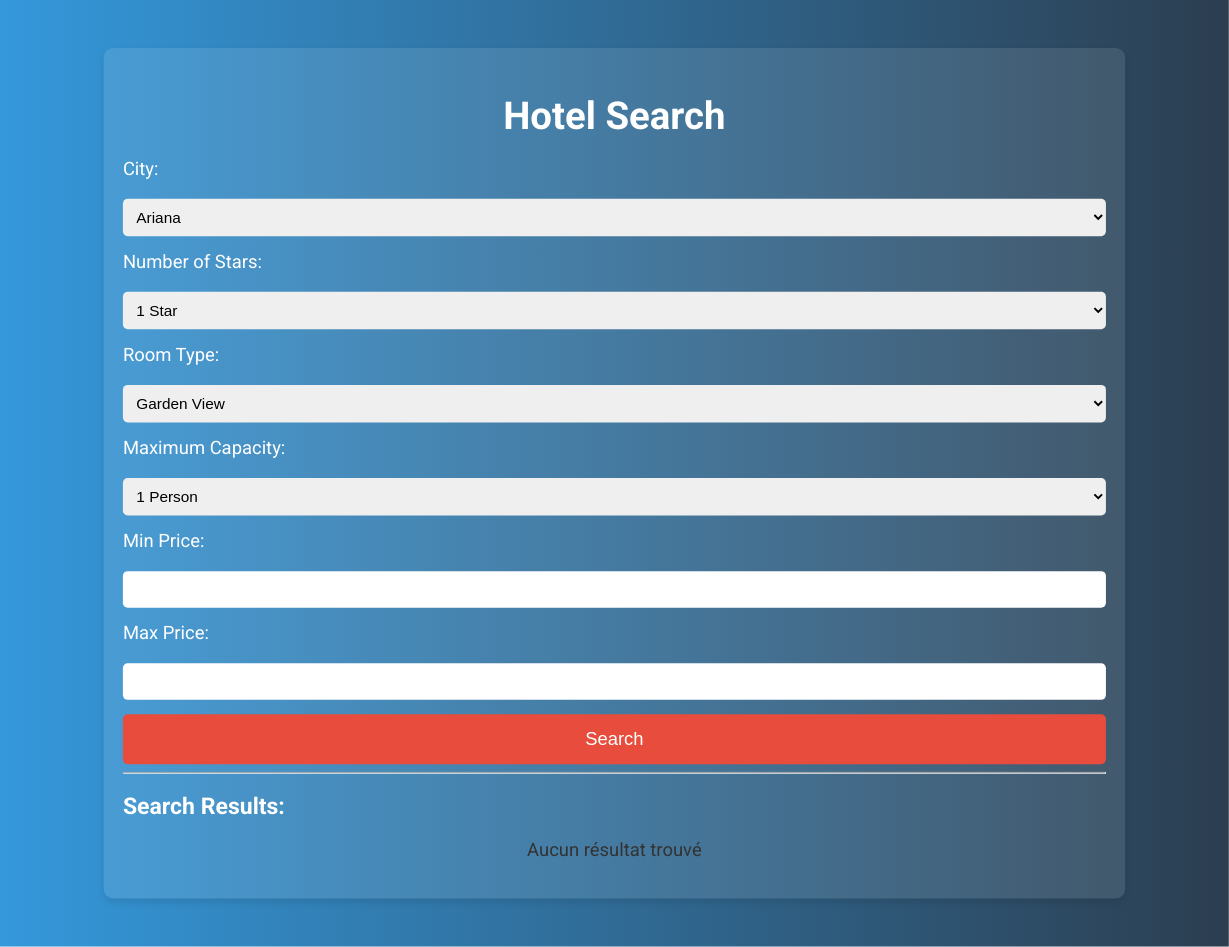
Repository: ToumiFourat/HotelManagementt
Page: http://localhost/Hotell/views/index.jsp
These files come from the project's save history. The page is drawn as it stood at one moment and after the next save; the edit follows.
The browser window is 1280 px wide. The pictures show the whole page, at 96% of full size.
The page is served by Tomcat 10. Other server files are loaded and not shown.

Above is the page before, as saved 2024-12-13 15:20:53.

### Hotell/src/main/webapp/views/index.jsp
<%@ page contentType="text/html;charset=UTF-8" language="java" %>
	<%@ page import="java.util.List" %>
<%@ page import="model.HotelRoom" %>
<!DOCTYPE html>
<html>
<head>
    <meta charset="UTF-8">
    <title>Hotel Search</title>
    <style>
        @import url('https://fonts.googleapis.com/css2?family=Roboto:wght@400;700&display=swap');

        body {
            font-family: 'Roboto', sans-serif;
            margin: 0;
            padding: 0;
            background: linear-gradient(to right, #3498db, #2c3e50);
            color: #fff;
        }

        .container {
            width: 80%;
            margin: 50px auto;
            padding: 20px;
            background: rgba(255, 255, 255, 0.1);
            border-radius: 10px;
            box-shadow: 0 4px 8px rgba(0, 0, 0, 0.1);
            animation: fadeIn 1s ease-in-out;
        }

        h1 {
            text-align: center;
            font-size: 2.5em;
            margin-bottom: 20px;
            color: #fff;
        }

        form {
            display: flex;
            flex-direction: column;
            gap: 15px;
            animation: slideIn 1s ease-in-out;
        }

        label {
            font-size: 1.2em;
            margin-bottom: 5px;
        }

        input[type="text"], input[type="number"], select {
            padding: 10px;
            font-size: 1em;
            border: none;
            border-radius: 5px;
            width: 100%;
            box-sizing: border-box;
        }

        button {
            padding: 15px;
            font-size: 1.2em;
            color: #fff;
            background-color: #e74c3c;
            border: none;
            border-radius: 5px;
            cursor: pointer;
            transition: background-color 0.3s ease;
        }

        button:hover {
            background-color: #c0392b;
        }

        .results {
            margin-top: 20px;
            animation: fadeIn 2s ease-in-out;
        }

        .result-item {
            background: rgba(255, 255, 255, 0.3);
            padding: 10px;
            border-radius: 5px;
            margin-bottom: 10px;
            transition: transform 0.3s ease;
            display: flex;
            align-items: center;
        }

        .result-item img {
            width: 150px;
            height: 100px;
            object-fit: cover;
            margin-right: 20px;
        }

        .result-item:hover {
            transform: scale(1.05);
        }

        .result-item h3 {
            margin: 0;
            color: #fff;
        }

        .result-item p {
            margin: 5px 0;
            color: #ddd;
        }

        @keyframes fadeIn {
            from {
                opacity: 0;
            }
            to {
                opacity: 1;
            }
        }

        @keyframes slideIn {
            from {
                transform: translateY(50px);
                opacity: 0;
            }
            to {
                transform: translateY(0);
                opacity: 1;
            }

        /* Résultats avec design avancé */
        .result-item {
            display: flex;
            align-items: flex-start;
            background: rgba(255, 255, 255, 0.85);
            color: #333;
            border-radius: 8px;
            padding: 10px;
            margin-bottom: 15px;
            box-shadow: 0 2px 5px rgba(0, 0, 0, 0.1);
            transition: box-shadow 0.3s ease, transform 0.2s ease;
        }

        .result-item:hover {
            transform: translateY(-5px);
            box-shadow: 0 4px 10px rgba(0, 0, 0, 0.2);
        }

        /* Conteneur pour l'image */

.result-item .image-container {
    width: 150px;
    height: 150px;
    border-radius: 8px;
    overflow: hidden;
    display: flex; /* Centrer l'image */
    align-items: center;
    justify-content: center;
    background-color: #f0f0f0; /* Couleur de fond pour les espaces vides */
}

/* Image à l'intérieur du conteneur */
.result-item img {
    width: 100%;
    height: 100%;
    object-fit: contain; /* Affiche l'image entière sans la couper */
}



        /* Détails alignés */
        .hotel-details {
            flex-grow: 1;
            line-height: 1.6;
        }

        .hotel-details h3 {
            margin: 0 0 10px;
            font-size: 1.6em;
            color: #555;
        }

        .hotel-details p {
            margin: 5px 0;
            color: #555;
        }
        }
    </style>
</head>
<body>
    <div class="container">
        <h1>Hotel Search</h1>
        <form action="${pageContext.request.contextPath}/SearchServlet"  method="post">
        <label>City:</label>
        <select name="city" required>
            <option value="Ariana">Ariana</option>
            <option value="Sousse">Sousse</option>
            <option value="Monastir">Monastir</option>
        </select>

        <label>Number of Stars:</label>
        <select name="stars" required>
            <option value="1">1 Star</option>
            <option value="2">2 Stars</option>
            <option value="3">3 Stars</option>
            <option value="4">4 Stars</option>
            <option value="5">5 Stars</option>
        </select>

        <label>Room Type:</label>
        <select name="roomType" required>
            <option value="gardenView">Garden View</option>
            <option value="seaView">Sea View</option>
            <option value="suite">Suite</option>
        </select>

        <label>Maximum Capacity:</label>
        <select name="capacity" required>
            <option value="1">1 Person</option>
            <option value="2">2 People</option>
            <option value="3">3 People</option>
            <option value="4">4 People</option>
        </select>

        <label>Min Price:</label>
        <input type="number" name="minPrice" min="0" required>

        <label>Max Price:</label>
        <input type="number" name="maxPrice" min="0" required>

        <button type="submit">Search</button>
    </form>

    <hr>

     <!-- Afficher les résultats si disponibles -->
        <h2>Search Results:</h2>
        <div>
            <%
            List<HotelRoom> hotelResults = (List<HotelRoom>) request.getAttribute("hotelResults");
            if (hotelResults != null && !hotelResults.isEmpty()) {
                for (HotelRoom hotel : hotelResults) {
            %>
                <div class="result-item">
  <div class="image-container">
    <img src="uploads/<%= hotel.getImageUrl() %>" alt="Hotel Image">
  </div>
  <div class="details">
    <h3><%= hotel.getHotelName() %></h3>
    <p>City: <%= hotel.getCity() %></p>
    <p>Stars: <%= hotel.getNumberOfStars() %></p>
    <p>Room Type: <%= hotel.getRoomType() %></p>
    <p>Price: <%= hotel.getPrice() %> TND</p>
    <p>Capacity: <%= hotel.getCapacity() %></p>
  </div>
</div>

            <%
                }
            } else {
            %>
                <p style="text-align: center; font-size: 1.2em; color: #333;">Aucun résultat trouvé</p>
            <%
            }
            %>
        </div>
    </div>
</body>
</html>

After the next save:
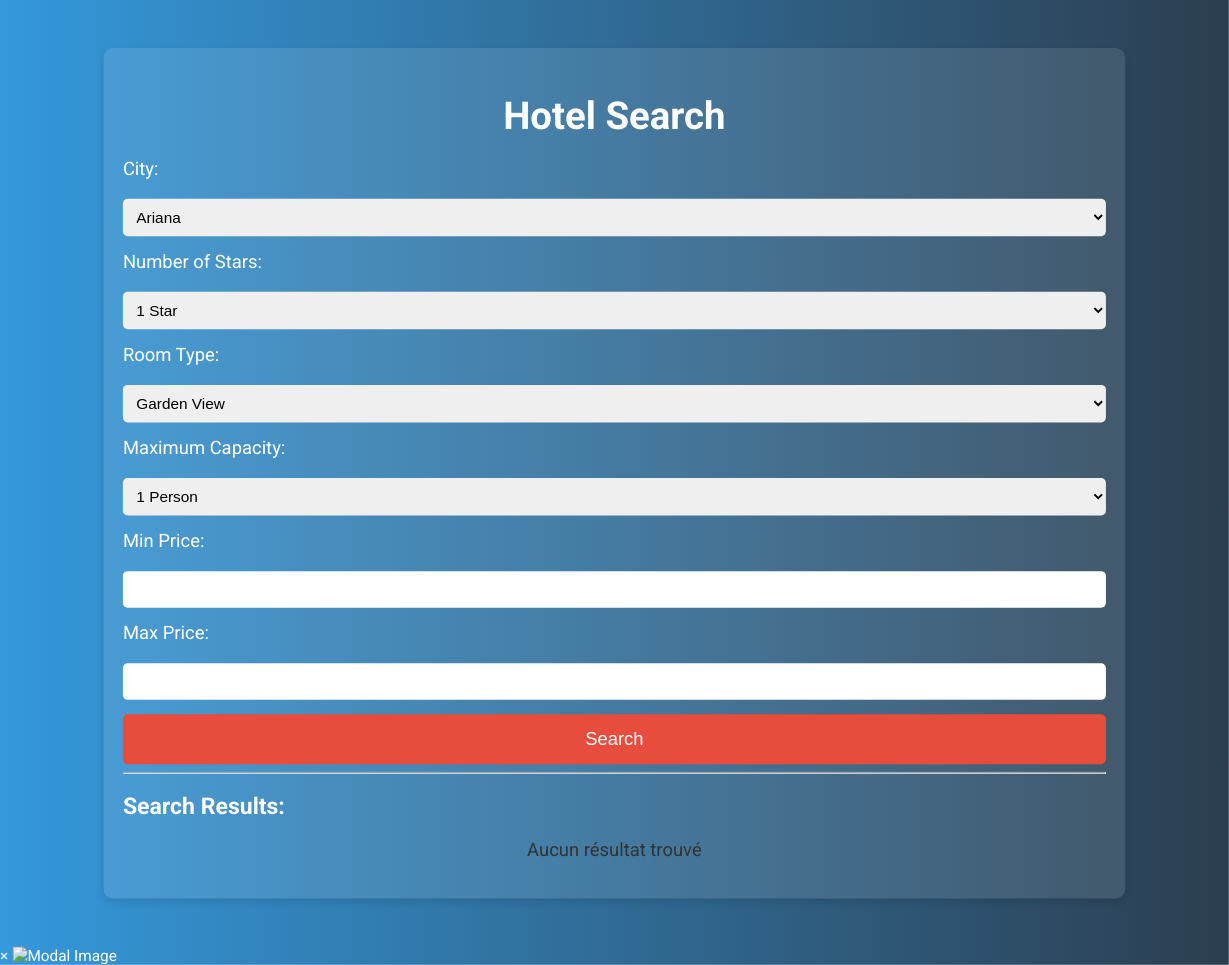
Saved 7 min 34 s later.
--- a/Hotell/src/main/webapp/views/index.jsp
+++ b/Hotell/src/main/webapp/views/index.jsp
@@ -180,6 +180,34 @@
         .hotel-details p {
             margin: 5px 0;
             color: #555;
+        }
+         /* Modal styles */
+        .modal {
+            display: none; /* Cacher par défaut */
+            position: fixed;
+            top: 0;
+            left: 0;
+            width: 100%;
+            height: 100%;
+            background-color: rgba(0, 0, 0, 0.8);
+            z-index: 1000;
+            justify-content: center;
+            align-items: center;
+        }
+
+        .modal img {
+            max-width: 90%;
+            max-height: 90%;
+            border-radius: 10px;
+        }
+
+        .modal .close {
+            position: absolute;
+            top: 20px;
+            right: 20px;
+            color: white;
+            font-size: 2em;
+            cursor: pointer;
         }
         }
     </style>
@@ -239,18 +267,18 @@
                 for (HotelRoom hotel : hotelResults) {
             %>
                 <div class="result-item">
-  <div class="image-container">
-    <img src="uploads/<%= hotel.getImageUrl() %>" alt="Hotel Image">
-  </div>
-  <div class="details">
-    <h3><%= hotel.getHotelName() %></h3>
-    <p>City: <%= hotel.getCity() %></p>
-    <p>Stars: <%= hotel.getNumberOfStars() %></p>
-    <p>Room Type: <%= hotel.getRoomType() %></p>
-    <p>Price: <%= hotel.getPrice() %> TND</p>
-    <p>Capacity: <%= hotel.getCapacity() %></p>
-  </div>
-</div>
+                    <div class="image-container">
+                        <img src="uploads/<%= hotel.getImageUrl() %>" alt="Hotel Image" onclick="openModal(this)">
+                    </div>
+                    <div class="details">
+                        <h3><%= hotel.getHotelName() %></h3>
+                        <p>City: <%= hotel.getCity() %></p>
+                        <p>Stars: <%= hotel.getNumberOfStars() %></p>
+                        <p>Room Type: <%= hotel.getRoomType() %></p>
+                        <p>Price: <%= hotel.getPrice() %> TND</p>
+                        <p>Capacity: <%= hotel.getCapacity() %></p>
+                    </div>
+                </div>
 
             <%
                 }
@@ -262,5 +290,30 @@
             %>
         </div>
     </div>
+
+
+    <!-- Modal pour afficher l'image en grand -->
+    <div id="imageModal" class="modal">
+        <span class="close" onclick="closeModal()">&times;</span>
+        <img id="modalImage" src="" alt="Modal Image">
+    </div>
+
+    <script>
+        // Fonction pour ouvrir le modal
+        function openModal(image) {
+            const modal = document.getElementById('imageModal');
+            const modalImage = document.getElementById('modalImage');
+            modalImage.src = image.src;
+            modal.style.display = 'flex';
+        }
+
+        // Fonction pour fermer le modal
+        function closeModal() {
+            const modal = document.getElementById('imageModal');
+            modal.style.display = 'none';
+        }
+    </script>
+
+
 </body>
 </html>
